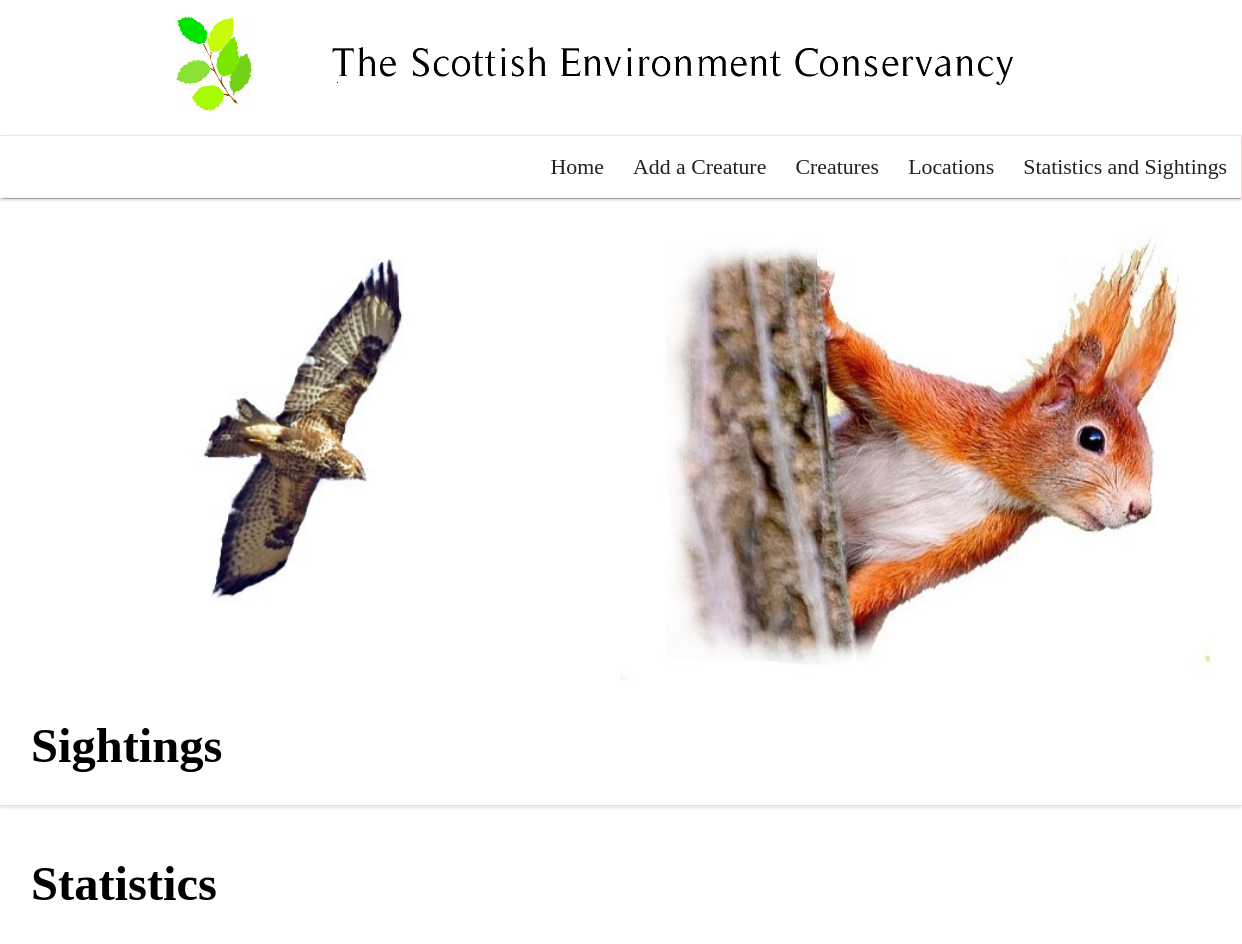
Repository: TaylorD1982/creature-sightings
Page: http://localhost/statistics
The author's editor kept a record of every edit. The page is drawn from the files as they stood at one moment, then again after the next edit.
The browser window is 1280 px wide. The pictures show the whole page, at 97% of full size.
Some web libraries are served in a nearby version. The page is served by the project's application, run on Flask 3 (app.py). Queries for data that is not in the repository find no rows.

Above is the page before.
Console error: TypeError: Cannot read properties of null (reading 'addEventListener')

### templates/statistics.html
{% extends 'base.html' %} {% block content %}

<div class="row">

    <div class="col s12 m6 l6 container">
        <a href="#C1">
            <img src="static/images/buzzard.jpg" width="100%" class="image">
              <div class="middle">
                <div class="text">SIGHTINGS</div>
              </div>
        </a>
    </div>

    <div class="col s12 m6 l6 container">
        <a href="#C2">
            <img src="static/images/squirrel-white.jpg" width="50%" class="image">
              <div class="middle">
                <div class="text">STATISTICS</div>
              </div>
        </a>
    </div>

</div>

<h3 id="C1" class="text">Sightings</h3>

<div class="row">
    <ul class="collapsible" data-collapsible="accordion">
        {% for creature in creatures %}
        <li>
            <div class="collapsible-header">
                <div class="col s3">
                    <i class="material-icons">expand_more</i>
                    <text class="text-creatures">View Comments</text>
                </div>
                <div class=" creature_header col s9">
                    You spotted a <strong class="text-creatures">{{creature.creature_name}}</strong> on <strong class="text-creatures">{{creature.date}}</strong> at <strong class="text-creatures">{{creature.time}}</strong>
                <a href="{{url_for('edit_creature', creature_id=creature._id)}}" class="waves-effect waves-light btn btn_small blue">Edit</a>
                </div>
            </div>
            <div class="collapsible-body">
                <span>
                <p>{{creature.comment}}</p>
            </span>
            </div>
        </li>
        {% endfor %}

    </ul>
</div>

<h3 id="C2" class="text">Statistics</h3>

{% endblock %}

### templates/base.html
<!DOCTYPE html>
<html>

<head>
    <link href="https://fonts.googleapis.com/icon?family=Material+Icons" rel="stylesheet">
    <link rel="stylesheet" href="https://cdnjs.cloudflare.com/ajax/libs/materialize/0.100.2/css/materialize.min.css">
    <link rel="stylesheet" href="{{url_for('static', filename='css/style.css')}}" type="text/css" />
    <link href="https://fonts.googleapis.com/css?family=Luckiest+Guy&display=swap" rel="stylesheet">
</head>

<body>
    <header>
        <container>
            <img href="{{url_for('get_creatures')}}" class="brand-logo" src="static/images/banner-1.png" width="100%">
        </container>
        <nav>
            <div class="nav-wrapper">
                <a href="#" class="brand-logo">Logo</a>
                <ul id="nav-mobile" class="right hide-on-med-and-down">
                    <li><a href="{{url_for('get_creatures')}}">Home</a></li>
                    <li><a href="{{url_for('add_creature')}}">Add a Creature</a></li>
                    <li><a href="{{url_for('creature')}}">Creatures</a></li>
                    <li><a href="{{url_for('location')}}">Locations</a></li>
                    <li><a href="{{url_for('statistics')}}">Statistics and Sightings</a></li>
                </ul>
                <ul class="side-nav" id="mobile-demo">
                    <li><a href="{{url_for('get_creatures')}}">Home</a></li>
                    <li><a href="{{url_for('add_creature')}}">Add a Creature</a></li>
                    <li><a href="{{url_for('creature')}}">Creatures</a></li>
                    <li><a href="{{url_for('location')}}">Locations</a></li>
                    <li><a href="{{url_for('statistics')}}">Statistics & Sightings</a></li>
                </ul>
            </div>
        </nav>
        <br>
    </header>
        {% block content %} {% endblock %}
    <script src="https://cdnjs.cloudflare.com/ajax/libs/jquery/3.2.1/jquery.min.js"></script>
    <script src="https://cdnjs.cloudflare.com/ajax/libs/materialize/0.100.2/js/materialize.min.js"></script>
    <script type="text/javascript">
        $(document).ready(function() {
            $('.collapsible').collapsible();
            $('select').material_select();
            $(".button-collapse").sideNav();
            $('.modal').modal();
            $('.timepicker').timepicker();
        });
        $('.datepicker').pickadate({
            selectMonths: true, // Creates a dropdown to control month
            selectYears: 15, // Creates a dropdown of 15 years to control year,
            today: 'Today',
            clear: 'Clear',
            close: 'Ok',
            closeOnSelect: false // Close upon selecting a date,
        });
        document.getElementById("matfix").addEventListener("click", function(e) { e.stopPropagation(); });
    </script>
</body>

</html>

### app.py
import os
from flask import Flask, render_template, redirect, request, url_for
from flask_pymongo import PyMongo
from bson.objectid import ObjectId

app = Flask(__name__)
app.config["MONGO_DBNAME"] = 'creature_sightings'
app.config["MONGO_URI"] = 'mongodb+srv://root:Sweden123@myfirstcluster-8eedf.mongodb.net/creature_sightings?retryWrites=true&w=majority'

mongo = PyMongo(app)

@app.route('/')

@app.route('/get_creatures')
def get_creatures():
    return render_template("creatures.html",
                           creatures=mongo.db.creatures.find())

@app.route('/add_creature')
def add_creature():
    return render_template('addcreature.html',
                           locations=mongo.db.locations.find())

@app.route('/creatures_list')
def creature():
    return render_template('creatures_list.html',
                           locations=mongo.db.locations.find())

@app.route('/location')
def location():
    return render_template('location.html')

@app.route('/statistics')
def statistics():
    return render_template('statistics.html',
                           creatures=mongo.db.creatures.find())

@app.route('/insert_creature', methods=['POST'])
def insert_creature():
    creatures =  mongo.db.creatures
    creatures.insert_one(request.form.to_dict())
    return redirect(url_for('statistics'))


@app.route('/edit_creature/<creature_id>')
def edit_creature(creature_id):
    the_creature =  mongo.db.creatures.find_one({"_id": ObjectId(creature_id)})
    all_locations =  mongo.db.locations.find()
    return render_template('editcreature.html', creature=the_creature,
                           locations=all_locations)


@app.route('/update_creature/<creature_id>', methods=["POST"])
def update_creature(creature_id):
    creatures = mongo.db.creatures
    creatures.update( {'_id': ObjectId(creature_id)},
    {
        'creature_name':request.form.get('creature_name'),
        'location':request.form.get('location'),
        'comment': request.form.get('comment'),
        'date': request.form.get('date'),
        'time':request.form.get('time')
    })
    return redirect(url_for('statistics'))

"""

@app.route('/delete_creature/<creature_id>')
def delete_creature(creature_id):
    mongo.db.creatures.remove({'_id': ObjectId(creature_id)})
    return redirect(url_for('get_creatures'))

@app.route('/get_locations')
def get_locations():
    return render_template('locations.html',
                           locations=mongo.db.locations.find())

@app.route('/edit_location/<location_id>')
def edit_location(location_id):
    return render_template('editlocation.html',
                           location=mongo.db.locations.find_one(
                           {'_id': ObjectId(location_id)}))

@app.route('/update_location/<location_id>', methods=['POST'])
def update_location(location_id):
    mongo.db.locations.update(
        {'_id': ObjectId(location_id)},
        {'location_name': request.form.get('location_name')})
    return redirect(url_for('get_locations'))

@app.route('/delete_location/<location_id>')
def delete_location(location_id):
    mongo.db.locations.remove({'_id': ObjectId(location_id)})
    return redirect(url_for('get_locations'))

@app.route('/insert_location', methods=['POST'])
def insert_location():
    location_doc = {'location_name': request.form.get('location_name')}
    mongo.db.locations.insert_one(location_doc)
    return redirect(url_for('get_locations'))

"""

if __name__ == '__main__':
    app.run(host=os.environ.get('IP'),
            port=int(os.environ.get('PORT')),
            debug=True)

### static/css/style.css
.btn_small {
    height: 24px;
    width: 60px;
    line-height: 24px;
    margin: 5px 5px;
    padding: 0 0.5em;
}

.task_header {
    margin-top: 5px;
}

.row .col {
    padding: 0 .0rem;
}

/* modals */

.modal-trigger img {

    -moz-transition: all 0.2s;
    -webkit-transition: all 0.2s;
    transition: all 0.2s;
}

.modal-trigger:hover img {
    -moz-transform: scale(1.03);
    -webkit-transform: scale(1.03);
    transform: scale(1.03);
}

.imagewrap {
    display:inline-block;
    position:relative;

}

/* navbar */

.nav-wrapper {
    background-color: white;
}

nav ul a {
    -webkit-transition: background-color .3s;
    transition: background-color .3s;
    font-size: 1.5rem;
    color: rgba(0,0,0,0.87);
    display: block;
    padding: 0 15px;
    cursor: pointer;
    font-family: 'Nanum Myeongjo', serif;
}

/* font on locations page */

.header {
    font-family: 'Nanum Myeongjo', serif;
}

/* scroll behaviour */

 html {
  scroll-behavior: smooth;
 }

/* fade on hover creature immages */


.container {
  position: relative;
  width: 50%;
}

.image {
  opacity: 1;
  display: block;
  width: 100%;
  height: auto;
  transition: .5s ease;
  backface-visibility: hidden;
}

.middle {
  transition: .5s ease;
  opacity: 0;
  position: absolute;
  top: 50%;
  left: 50%;
  transform: translate(-50%, -50%);
  -ms-transform: translate(-50%, -50%);
  text-align: center;
}

.container:hover .image {
  opacity: 0.3;
}

.container:hover .middle {
  opacity: 1;
}



.text {
  color: black;
  font-size: 50px;
  padding: 16px 32px;
  font-family: 'Nanum Myeongjo', serif;
  font-weight: 900;
}

#wrapper, img{
    width:100%;
    height: 100%;
}

/* Creatures font */

.text-creatures {
  color: #4C9900;
  font-size: 20px;
  padding: 5px 5px;
  font-family: 'Nanum Myeongjo', serif;
}

.form {
    margin-left: 250px;
    margin-right: 450px;
}


/* Creature List */

.creature-types {
    margin-left: 100px;
    margin-right: 100px;
}

.animals {
    margin-left: 100px;
    margin-right: 100px;
}

.modal {
    height: 90%;
    width: 55%;
}

.bird-prey {
    padding-top: 30px;
    padding-bottom: 50px;
}

.row-stats {
    padding-left: 250px;
    padding-right: 250px;
    padding-top: 50px;
    padding-bottom: 20px;

}

After the next edit:
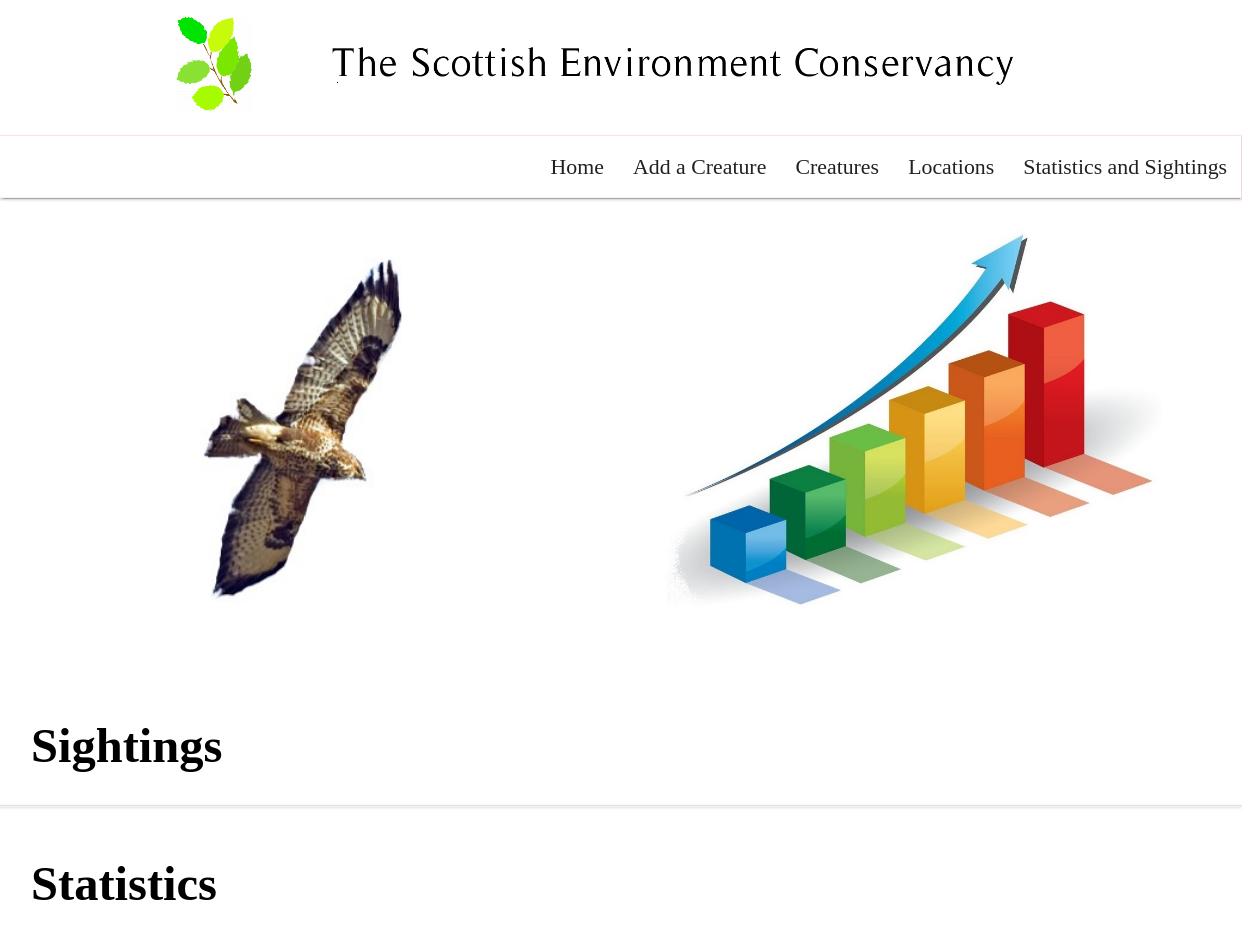
The edit:
--- a/templates/statistics.html
+++ b/templates/statistics.html
@@ -13,7 +13,7 @@
 
     <div class="col s12 m6 l6 container">
         <a href="#C2">
-            <img src="static/images/squirrel-white.jpg" width="50%" class="image">
+            <img src="static/images/chart.jpg" width="100%" class="image">
               <div class="middle">
                 <div class="text">STATISTICS</div>
               </div>
